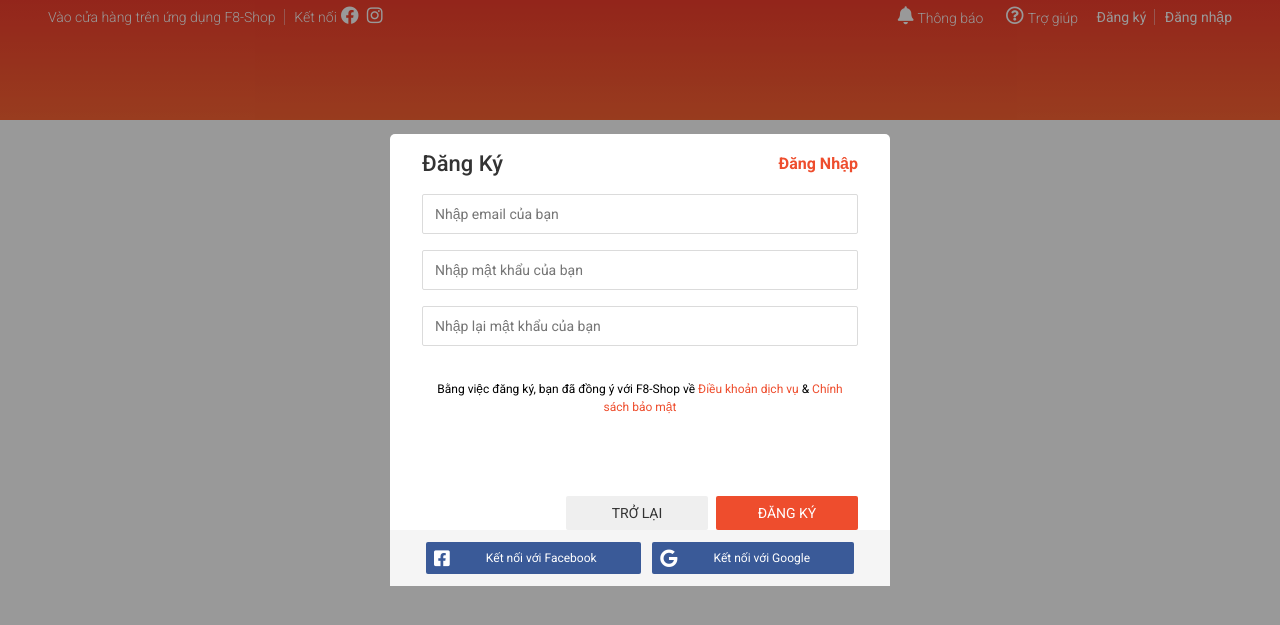
Repository: huynhnhan112/Shopee_Homepage
Page: index.html
An editor plug-in stored every save of this project. The page is shown before and after the next save, followed by the edit.
The browser window is 1280 px wide. The pictures show the whole page.

Above is the page before, as saved 2021-11-19 16:24:38.

### index.html
<!DOCTYPE html>
<html lang="en">

<head>
    <meta charset="UTF-8">
    <meta http-equiv="X-UA-Compatible" content="IE=edge">
    <meta name="viewport" content="width=device-width, initial-scale=1.0">
    <link rel="stylesheet" href="https://cdnjs.cloudflare.com/ajax/libs/normalize/8.0.1/normalize.min.css"
        integrity="sha512-NhSC1YmyruXifcj/KFRWoC561YpHpc5Jtzgvbuzx5VozKpWvQ+4nXhPdFgmx8xqexRcpAglTj9sIBWINXa8x5w=="
        crossorigin="anonymous" referrerpolicy="no-referrer" />
    <link rel="preconnect" href="https://fonts.googleapis.com">
    <link rel="preconnect" href="https://fonts.gstatic.com" crossorigin>
    <link href="https://fonts.googleapis.com/css2?family=Roboto:wght@100;300;400;500;700&display=swap" rel="stylesheet">
    <link rel="stylesheet" href="./assets/fonts/fontawesome-free-5.15.4/fontawesome-free-5.15.4-web/css/all.min.css">
    <link rel="stylesheet" href="./assets/css/base.css">
    <link rel="stylesheet" href="./assets/css/style.css">
    <title>F8 - Shop</title>
</head>

<body>
    <div class="app">
        <header class="header">
            <div class="grid">
                <nav class="header__navbar">
                    <ul class="header__navbar-list">
                        <li class="header__navbar-item header__navbar-item--qr header__navbar-item--separate">Vào cửa
                            hàng trên ứng dụng F8-Shop
                            <div class="header__qr">
                                <img src="./assets/img/qr_code.png" alt="QR code" class="header__qr-img">
                                <div class="header__qr-apps">
                                    <a href="" class="header__qr-link">
                                        <img src="./assets/img/google_play.png" alt="Google Play"
                                            class="header__qr-download">
                                    </a>
                                    <a href="" class="header__qr-link">
                                        <img src="./assets/img/app_store.png" alt="App Store"
                                            class="header__qr-download">
                                    </a>
                                </div>
                            </div>
                        </li>
                        <li class="header__navbar-item">
                            <span class="header__navbar-title">Kết nối</span>
                            <a href="#" class="header__navbar-icon-link">
                                <i class="header__navbar-icon fab fa-facebook"></i>
                            </a>
                            <a href="#" class="header__navbar-icon-link">
                                <i class="header__navbar-icon fab fa-instagram"></i>
                            </a>
                        </li>
                    </ul>
                    <ul class="header__navbar-list">
                        <li class="header__navbar-item header__navbar-item--show-notify">
                            <a href="#" class="header__navbar-item-link">
                                <i class="header__navbar-icon fas fa-bell"></i>
                                Thông báo
                            </a>
                            <div class="header__notify">
                                <header class="header__notify-header">
                                    <h3>Thông Báo Mới Nhận</h3>
                                </header>
                                <ul class="header__notify-list">
                                    <li class="header__notify-item header__notify-item--viewed">
                                        <a href="" class="header__notify-link">
                                            <img src="https://img.abaha.vn/photos/origin/83-1586781803-myphamohui-lgvina.png"
                                                alt="" class="header__notify-img">
                                            <div class="header__notify-info">
                                                <span class="header__notify-name">Ohui chính thức ra mắt dòng son
                                                    lì mới The First Genture Lipstick</span>
                                                <span class="header__notify-description">Một lần môi căng mềm, quyến
                                                    rũ với sắc màu nổi bật luôn là điều mà các quý cô ao
                                                    ước</span>
                                            </div>
                                        </a>
                                    </li>
                                    <li class="header__notify-item header__notify-item--viewed">
                                        <a href="" class="header__notify-link">
                                            <img src="https://img.abaha.vn/photos/origin/83-1586781803-myphamohui-lgvina.png"
                                                alt="" class="header__notify-img">
                                            <div class="header__notify-info">
                                                <span class="header__notify-name">Xác thực chính hãng nguồn gốc
                                                    các sản phẩm Ohui</span>
                                                <span class="header__notify-description">HiddenTag là xác thực hàng
                                                    chính hãng bằng công nghệ tiên tiến nhất hiện nay</span>
                                            </div>
                                        </a>
                                    </li>
                                    <li class="header__notify-item">
                                        <a href="" class="header__notify-link">
                                            <img src="https://img.abaha.vn/photos/origin/83-1586781803-myphamohui-lgvina.png"
                                                alt="" class="header__notify-img">
                                            <div class="header__notify-info">
                                                <span class="header__notify-name">Sale sốc bộ dưỡng Ohui The First
                                                    tái tạo trả hóa da SALE OFF 70%</span>
                                                <span class="header__notify-description">Giá chỉ còn 375.000(giá
                                                    gốc 1.250.000 vnđ)</span>
                                            </div>
                                        </a>
                                    </li>
                                </ul>
                                <footer class="header__notify-footer">
                                    <a href="" class="header__notify-footer-btn">Xem tất cả</a>
                                </footer>
                            </div>
                        </li>
                        <li class="header__navbar-item">
                            <a href="#" class="header__navbar-item-link">
                                <i class="header__navbar-icon far fa-question-circle"></i>
                                Trợ giúp
                            </a>
                        </li>
                        <li class="header__navbar-item header__navbar-item--strong header__navbar-item--separate">Đăng
                            ký</li>
                        <li class="header__navbar-item header__navbar-item--strong">Đăng nhập</li>
                    </ul>
                </nav>
            </div>
        </header>

        <div class="container">

        </div>

        <footer class="footer">

        </footer>
    </div>

    <!-- Modal Layout -->
    <div class="modal">
        <div class="modal__overclay"></div>
        <div class="modal__body">

            <!-- Authen form -->
            <div class="auth-form">
                <div class="auth-form__container">
                    <div class="auth-form__header">
                        <h3 class="auth-form__heading">Đăng Ký</h3>
                        <span class="auth-form__switch-btn">Đăng Nhập</span>
                    </div>
                    <div class="auth-form__form">
                        <div class="auth-form__group">
                            <input type="text" class="auth-form__input" placeholder="Nhập email của bạn">
                        </div>
                        <div class="auth-form__group">
                            <input type="text" class="auth-form__input" placeholder="Nhập mật khẩu của bạn">
                        </div>
                        <div class="auth-form__group">
                            <input type="text" class="auth-form__input" placeholder="Nhập lại mật khẩu của bạn">
                        </div>
                    </div>
                    <div class="auth-form__aside">
                        <p>Bằng việc đăng ký, bạn đã đồng ý với F8-Shop về <a href="#">Điều khoản dịch
                                vụ</a> & <a href="#">Chính sách bảo mật</a></p>
                    </div>
                    <div class="auth-form__controls">
                        <button class="btn auth-form__controls--back">TRỞ LẠI</button>
                        <button class="btn btn--primary">ĐĂNG KÝ</button>
                    </div>
                </div>
                <div class="auth-form__socials">
                    <a href="" class="btn btn--size-s btn--with--icon">
                        <i class="fab fa-facebook-square"></i>
                        <span>Kết nối với Facebook</span>
                    </a>
                    <a href="" class="btn btn--size-s btn--with--icon">
                        <i class="fab fa-google"></i>
                        <span>Kết nối với Google</span>
                    </a>
                </div>
            </div>
        </div>
    </div>
</body>

</html>

### assets/css/base.css
:root{
    --white-color: #fff;
    --black-color: #000;
    --text-color: #333;
    --primary-color: #ee4d2d;
    --border-color: #dbdbdb;
}

*{
    box-sizing: inherit;
}

html{
    font-size: 62.5%;
    line-height: 1.6rem;
    font-family: 'Roboto', sans-serif;
    box-sizing: border-box;
}

.grid{
    width: 1200px;
    max-width: 100%;
    margin: 0 auto;
}

.grid__full_width{
    width: 100%;
}

.gid__row{
    display: flex;
    flex-wrap: wrap;
}

@keyframes fadeIn {
    from{
        opacity: 0;
    }
    to{
        opacity: 1;
    }
}

/* Modal */
.modal{
    position: fixed;
    top: 0;
    left: 0;
    right: 0;
    bottom: 0;
    display: flex;
}

.modal__overclay{
    position: absolute;
    width: 100%;
    height: 100%;
    background-color: rgba(0,0,0,0.4);
}

.modal__body{
    position: relative;
    background-color: var(--white-color);
    margin: auto;
    z-index: 1;
    border-radius: 5px;
}

/* Button style */
.btn{
    min-width: 142px;
    height: 34px;
    text-decoration: none;
    border: none;
    border-radius: 2px;
    font-size: 1.4rem;
    cursor: pointer;
    padding: 0 12px;
    color: var(--text-color);
    display: flex;
    justify-content: center;
    align-items: center;
}

.btn:hover{
    background-color: rgba(0,0,0,0.2);
}

.btn.btn--primary{
    background-color: var(--primary-color);
    color: var(--white-color);
}

.btn.btn--size-s{
    height: 32px;
    font-size: 1.2rem;
    padding: 0 8px;
}

.btn.btn--disabled{
    color: #949494;
    cursor: default;
    background-color: #c3c3c3;
}

### assets/css/style.css
.header{
    height: 120px;
    background-image: linear-gradient(0, #fe6433, #f53e2d);
}

.header__navbar{
    display: flex;
    justify-content: space-between;
    min-height: 26px;
}

.header__navbar-list{
    list-style: none;
    padding-left: 0;
    margin-top: 4px;
}

.header__navbar-item{
    margin: 0 8px;
    position: relative;
    min-height: 26px;
}

.header__navbar-item,
.header__navbar-item-link{
    display: inline-block;
    font-size: 1.4rem;
    color: var(--white-color);
    text-decoration: none;
    font-weight: 300;
}

.header__navbar-item,
.header__navbar-item-link,
.header__navbar-icon-link{
    display: inline-flex;
    align-items: center;
}

.header__navbar-item:hover,
.header__navbar-item-link:hover,
.header__navbar-icon-link:hover{
    color: rgba(255,255,255, 0.7);
    cursor: pointer;
}

.header__navbar-item--strong{
    font-weight: 400;
}

.header__navbar-item--separate::after{
    content: '';
    display: block;
    position: absolute;
    border-left: 1px solid #FB9086;
    height: 16px;
    right: -9px;
    top: 50%;
    transform: translateY(-50%);
}

.header__navbar-icon-link{
    color: var(--white-color);
    text-decoration: none;
}

.header__navbar-icon{
    font-size: 1.8rem;
    margin: 0 4px 5px;
}

.header__navbar-title{
    cursor: text;
    color: var(--white-color);
}

/* Header QR Code */
.header__qr{
    background-color: var(--white-color);
    width: 186px;
    position: absolute;
    left: 0;
    top: 160%;
    padding: 8px;
    border-radius: 2px;
    display: none;
    animation: fadeIn ease-in-out 0.3s;
}

.header__qr::before{
    content: '';
    position: absolute;
    display: block;
    width: 100%;
    height: 20px;
    top: -16px;
    left: 0;
}

.header__navbar-item--qr:hover .header__qr{
    display: block;
}

.header__qr-img{
    width: 100%;
}

.header__qr-apps{
    display: flex;
    justify-content: space-between;
}

.header__qr-link:first-child{
    margin-left: 11px;
}

.header__qr-link:last-child{
    margin-right: 11px;
}

.header__qr-download{
    height: 15px;
}

/* Header Notifycation */
.header__notify{
    position: absolute;
    top: 150%;
    right: 0;
    width: 404px;
    border: 1px solid #d3d3d3;
    background-color: var(--white-color);
    cursor: default;
    transform-origin: calc(100% - 20px) top;
    animation: headerNotify ease-in-out 0.3s;
    will-change: opacity, transform;
    display: none;
}

.header__notify::before{
    content: '';
    border: 20px solid;
    border-color: transparent transparent var(--white-color) transparent;
    position: absolute;
    right: 10px;
    top: -29px;
}

.header__notify::after{
    content: '';
    display: block;
    width: 90px;
    height: 20px;
    position: absolute;
    right: 0;
    top: -15px;
}

@keyframes headerNotify {
    from{
        transform: scale(0);
        opacity: 0;
    }
    to{
        transform: scale(1);
        opacity: 1;
    }
}

.header__navbar-item--show-notify:hover .header__notify{
    display: block;
}

.header__notify-header{
    height: 40px;
    background-color: var(--white-color);
}

.header__notify-header h3{
    color: #999;
    margin: 0 0 0 12px;
    font-weight: 400;
    font-size: 1.5rem;
    line-height: 40px;
    user-select: none;
}

.header__notify-list{
    padding-left: 0;
}

.header__notify-item{
    display: flex;
}

.header__notify-item:hover{
    background-color: #f7f7f7;
}

.header__notify-item--viewed{
    background-color: rgba(238,75,43,0.08);
}

.header__notify-link{
    display: flex;
    width: 100%;
    padding: 12px;
    text-decoration: none;
}

.header__notify-img{
    width: 48px;
    object-fit: contain;
}

.header__notify-info{
    margin-left: 1.2rem;
    /* line-height: 2.4rem; */
}

.header__notify-name{
    display: block;
    font-size: 1.4rem;
    color: var(--text-color);
    font-weight: 500;
    line-height: 1.8rem;
}

.header__notify-description{
    display: block;
    font-size: 1.2rem;
    color: #756f6e;
    font-weight: 400;
    margin-top: 0.4rem;
}

.header__notify-footer{
    text-align: center;
}

.header__notify-footer-btn{
    text-decoration: none;
    color: var(--text-color);
    padding: 16px 0;
    width: 100%;
    display: block;
    font-weight: 500;
}

/* Authencation Form */
.auth-form{
    width: 500px;
}

.auth-form__container{
    margin: 0 32px;
}

.auth-form__header{
    display: flex;
    align-items: center;
    justify-content: space-between;
}

.auth-form__heading{
    font-size: 2.2rem;
    font-weight: 500;
    color: var(--text-color);
}

.auth-form__switch-btn{
    font-size: 1.6rem;
    color: var(--primary-color);
    font-weight: 600;
    cursor: pointer;
}

.auth-form__input{
    height: 4rem;
    width: 100%;
    margin-bottom: 1.6rem;
    padding: 0 1.2rem;
    font-size: 1.4rem;
    border: 1px solid var(--border-color);
    border-radius: 2px;
    outline: none;
}

.auth-form__input:focus{
    border-color: #888;
}

.auth-form__aside{
    margin-top: 1.8rem;
}

.auth-form__aside p{
    font-size: 1.2rem;
    line-height: 1.8rem;
    text-align: center;
    padding: 0 1.2rem;
}

.auth-form__aside a{
    text-decoration: none;
    color: var(--primary-color);
}

.auth-form__controls{
    margin-top: 80px;
    display: flex;
    justify-content: flex-end;
}

.auth-form__controls--back{
    margin-right: 8px;
}

.auth-form__socials{
   background-color: #f5f5f5;
   padding: 12px 36px;
   display: flex;
   justify-content: space-between;
}

.auth-form__socials i {
    font-size: 1.8rem;
}

.auth-form__socials a {
    color: var(--white-color);
}

.auth-form__socials a:first-child {
    background-color: #3a5a98;
    color: var(--white-color);
}

.auth-form__socials a:last-child {
    background-color: #3a5a98;
    color: var(--white-color);
}

.auth-form__socials span{
    margin: 0 36px;
}

Loaded but not shown: assets/fonts/fontawesome-free-5.15.4/fontawesome-free-5.15.4-web/css/all.min.css (library)

After the next save:
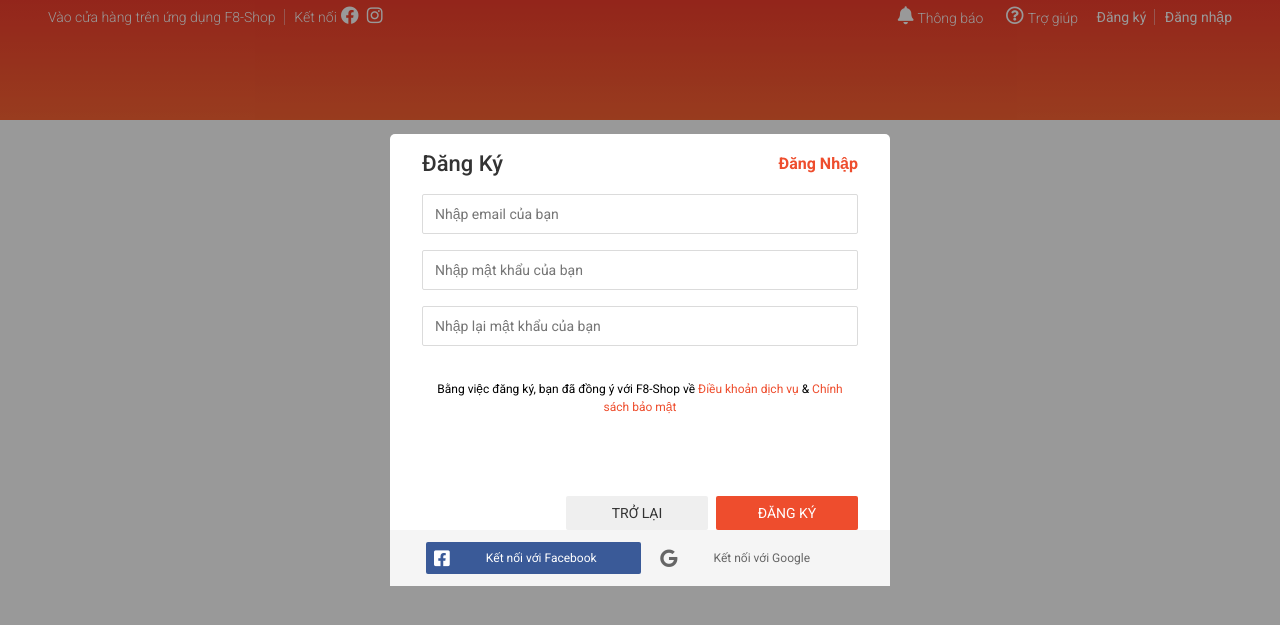
Saved 56 s later.
--- a/assets/css/style.css
+++ b/assets/css/style.css
@@ -337,8 +337,7 @@
 }
 
 .auth-form__socials a:last-child {
-    background-color: #3a5a98;
-    color: var(--white-color);
+    color: #666;
 }
 
 .auth-form__socials span{
